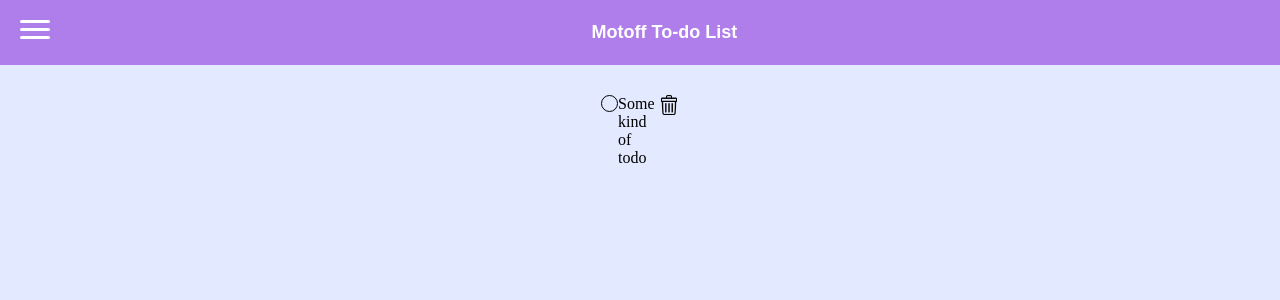
Repository: Amad-Mlinka/Todo-List-Vanilla-JS
Page: index.html
These files come from the project's save history. The page is drawn as it stood at one moment and after the next save; the edit follows.
The browser window is 1280 px wide. The pictures show the whole page.
The page's requests for data from a server got no answer.

Above is the page before, as saved 2021-09-15 00:52:21.

### index.html
<!DOCTYPE html>
<html lang="en">
  <head>
    <meta charset="UTF-8" />
    <meta http-equiv="X-UA-Compatible" content="IE=edge" />
    <meta name="viewport" content="width=device-width, initial-scale=1.0" />
    <title>ToDo list</title>
    <link rel="stylesheet" href="/styles/style.css">
    <link rel="stylesheet" href="/styles/hamburger.css">
    <link rel="stylesheet" href="/styles/header.css">
    <script src="script.js"></script>
  </head>
  <body>
    <div class="headerContainer">
      <div class="header">
        <div class="hamburger" id="hamburger">
          <span></span>
          <span></span>
          <span></span>
        </div>
        <div class="titleContainer">
            <span class="title">Motoff To-do List</span>
        </div>
      </div>

      <div class="sidebar"></div>
    </div>
    <div class="container">
      <div class="listContainer">
        <div class="list">
            <div class="todoItem">
                <div class="todoCheck"><span class="checkCircle"></span></div>
                <div class="todoDescription"><span class="todoText">Some kind of todo</span></div>
                <div class="todoDelete">
                    <div class="deleteIconContainer"><img class="deleteIcon" src="/public/images/trash.png" alt=""></div>
                    <div class="deleteTooltip"></div>
                </div>
            </div>

        </div>
        <div class="addBtnContainer">
          <div class="addTaskBtn">

          </div>
        </div>
      </div>
    </div>
  </body>
</html>

### styles/style.css
* {
  padding: 0;
  margin: 0;
}

body{
  background-color: RGB(227, 233, 255)
}
.container{
  width: 75%;
  margin: auto;
  height: 100%;
  display: flex;
  flex-direction: column;
  align-items: center;
}
.list{
  display: flex;
  flex-direction: column;
  width: 50%;
  margin: 30px auto;

}
.todoItem{
  display: flex;
  flex-direction: row;
  width: 100%;
  justify-content: center;
}

.deleteIcon{
  width: 20px;
}
.checkCircle{
  height: 15px;
  width: 15px;
  background-color: transparent;
  border: 1px solid black;
  border-radius: 50%;
  display: inline-block;
}

### styles/hamburger.css

  .hamburger {
    width: 30px;
    height: 25px;
    position: relative;
    -webkit-transform: rotate(0deg);
    -moz-transform: rotate(0deg);
    -o-transform: rotate(0deg);
    transform: rotate(0deg);
    -webkit-transition: 0.5s ease-in-out;
    -moz-transition: 0.5s ease-in-out;
    -o-transition: 0.5s ease-in-out;
    transition: 0.5s ease-in-out;
    cursor: pointer;
    margin: 10px;
  }

  .hamburger span {
    position: absolute;
    height: 3px;
    width: 30px;
    background: white;
    border-radius: 10px;
    opacity: 1;
    left: 0;
    -webkit-transform: rotate(0deg);
    -moz-transform: rotate(0deg);
    -o-transform: rotate(0deg);
    transform: rotate(0deg);
    -webkit-transition: 0.25s ease-in-out;
    -moz-transition: 0.25s ease-in-out;
    -o-transition: 0.25s ease-in-out;
    transition: 0.25s ease-in-out;
  }


  .hamburger span:nth-child(1) {
  top: 0px;
  -webkit-transform-origin: left center;
  -moz-transform-origin: left center;
  -o-transform-origin: left center;
  transform-origin: left center;
  }

  .hamburger span:nth-child(2) {
  top: 8px;
  -webkit-transform-origin: left center;
  -moz-transform-origin: left center;
  -o-transform-origin: left center;
  transform-origin: left center;
  }

  .hamburger span:nth-child(3) {
  top: 16px;
  -webkit-transform-origin: left center;
  -moz-transform-origin: left center;
  -o-transform-origin: left center;
  transform-origin: left center;
  }

  .hamburger.open span:nth-child(1) {
  -webkit-transform: rotate(45deg);
  -moz-transform: rotate(45deg);
  -o-transform: rotate(45deg);
  transform: rotate(45deg);
  top: -3px;
  left: 4px;
  }

  .hamburger.open span:nth-child(2) {
  width: 0%;
  opacity: 0;
  }

  .hamburger.open span:nth-child(3) {
  -webkit-transform: rotate(-45deg);
  -moz-transform: rotate(-45deg);
  -o-transform: rotate(-45deg);
  transform: rotate(-45deg);
  top: 18px;
  left: 4px;
  }

### styles/header.css
.header{
    display: flex;
    flex-direction: row;
    justify-content:space-between;
    background-color:#af7eea;
    padding: 10px;
}
.titleContainer{
    width: 100%;
    display: flex;
}
.title{
    color: white;
    margin: auto;
    font-family: sans-serif;
    font-size:18px;
    font-weight: bolder;
}

### script.js
var getTodos = async () => {
    var res = await fetch("https://jsonplaceholder.typicode.com/todos");
    var todosFull = await res.json();
    var todos=todosFull.slice(0, 20);
    console.log("Todos loaded")
    return todos;
}

document.addEventListener("DOMContentLoaded", async function () {
    const hamburger = document.getElementById("hamburger");
    hamburger.addEventListener("click", function () {
        if (this.classList.contains("open")) {
            this.classList.remove("open")
        } else {
            this.classList.add("open")
        }

    })
    console.log("Hamburger loaded");
    todos = await getTodos();





});

After the next save:
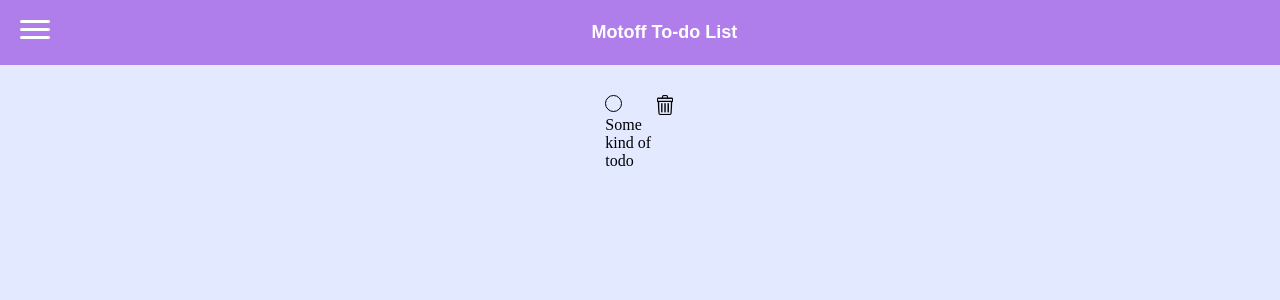
Saved 101 s later.
--- a/index.html
+++ b/index.html
@@ -5,9 +5,9 @@
     <meta http-equiv="X-UA-Compatible" content="IE=edge" />
     <meta name="viewport" content="width=device-width, initial-scale=1.0" />
     <title>ToDo list</title>
-    <link rel="stylesheet" href="/styles/style.css">
-    <link rel="stylesheet" href="/styles/hamburger.css">
-    <link rel="stylesheet" href="/styles/header.css">
+    <link rel="stylesheet" href="/styles/style.css" />
+    <link rel="stylesheet" href="/styles/hamburger.css" />
+    <link rel="stylesheet" href="/styles/header.css" />
     <script src="script.js"></script>
   </head>
   <body>
@@ -19,7 +19,7 @@
           <span></span>
         </div>
         <div class="titleContainer">
-            <span class="title">Motoff To-do List</span>
+          <span class="title">Motoff To-do List</span>
         </div>
       </div>
 
@@ -28,20 +28,23 @@
     <div class="container">
       <div class="listContainer">
         <div class="list">
-            <div class="todoItem">
-                <div class="todoCheck"><span class="checkCircle"></span></div>
-                <div class="todoDescription"><span class="todoText">Some kind of todo</span></div>
-                <div class="todoDelete">
-                    <div class="deleteIconContainer"><img class="deleteIcon" src="/public/images/trash.png" alt=""></div>
-                    <div class="deleteTooltip"></div>
-                </div>
+          <div class="todoItem">
+            <div class="checkDescription">
+              <div class="todoCheck"><span class="checkCircle"></span></div>
+              <div class="todoDescription">
+                <span class="todoText">Some kind of todo</span>
+              </div>
             </div>
-
+            <div class="todoDelete">
+              <div class="deleteIconContainer">
+                <img class="deleteIcon" src="/public/images/trash.png" alt="" />
+              </div>
+              <div class="deleteTooltip"></div>
+            </div>
+          </div>
         </div>
         <div class="addBtnContainer">
-          <div class="addTaskBtn">
-
-          </div>
+          <div class="addTaskBtn"></div>
         </div>
       </div>
     </div>

After the save that followed:
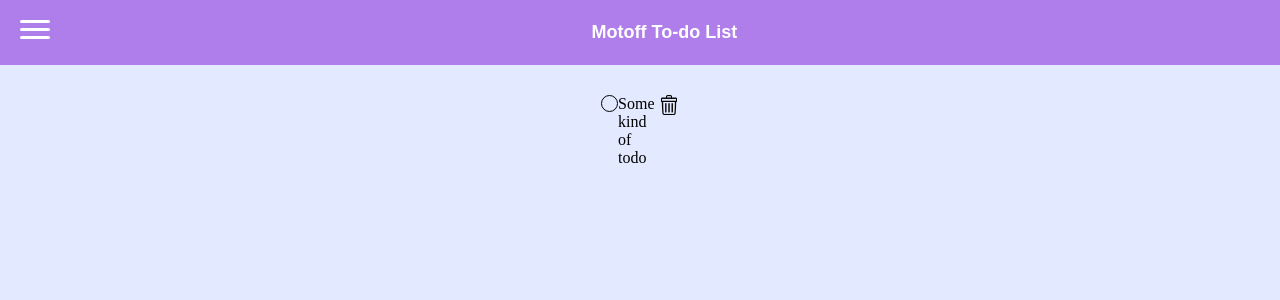
Saved 13 s later.
--- a/styles/style.css
+++ b/styles/style.css
@@ -27,6 +27,9 @@ body{
   width: 100%;
   justify-content: center;
 }
+.checkDescription{
+  display: flex;
+}
 
 .deleteIcon{
   width: 20px;
